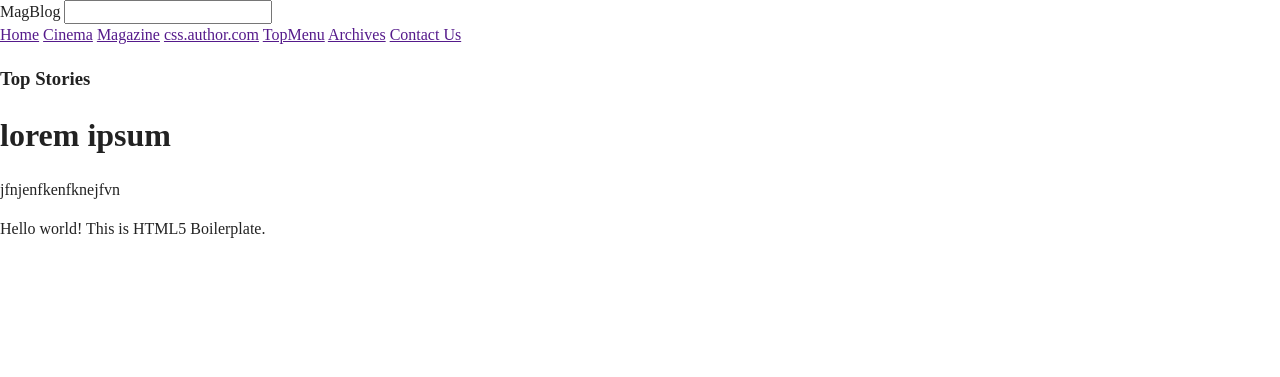
Repository: bguemos/project1lab3
Page: index.html
An editor plug-in stored every save of this project. The page is shown before and after the next save, followed by the edit.
The browser window is 1280 px wide. The pictures show the whole page.

Above is the page before, as saved 2023-01-17 21:27:52.

After the next save:
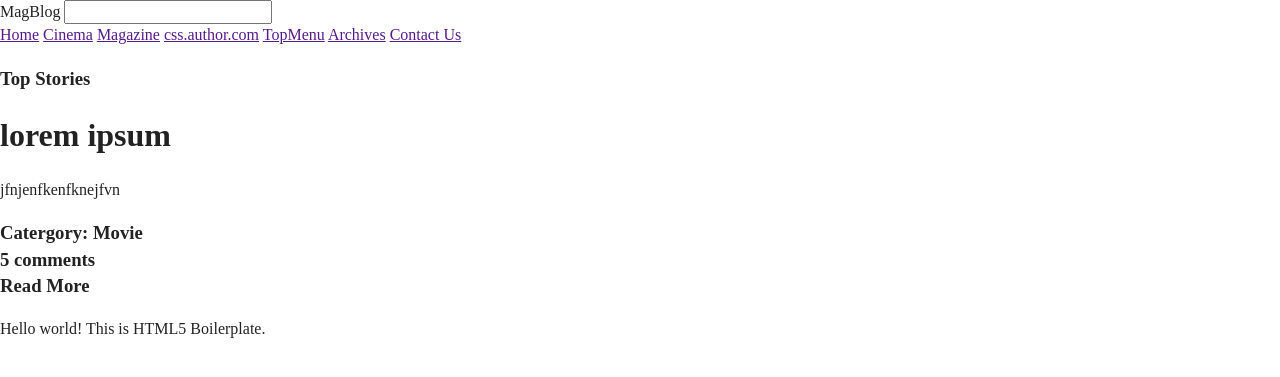
Saved 67 s later.
--- a/index.html
+++ b/index.html
@@ -46,6 +46,7 @@
     <div class="avatar">
       <h1> lorem ipsum</h1>
       <p>jfnjenfkenfknejfvn</p>
+      <h3> Catergory: Movie <br> 5 comments <br> Read More</h3>
 
 
 
